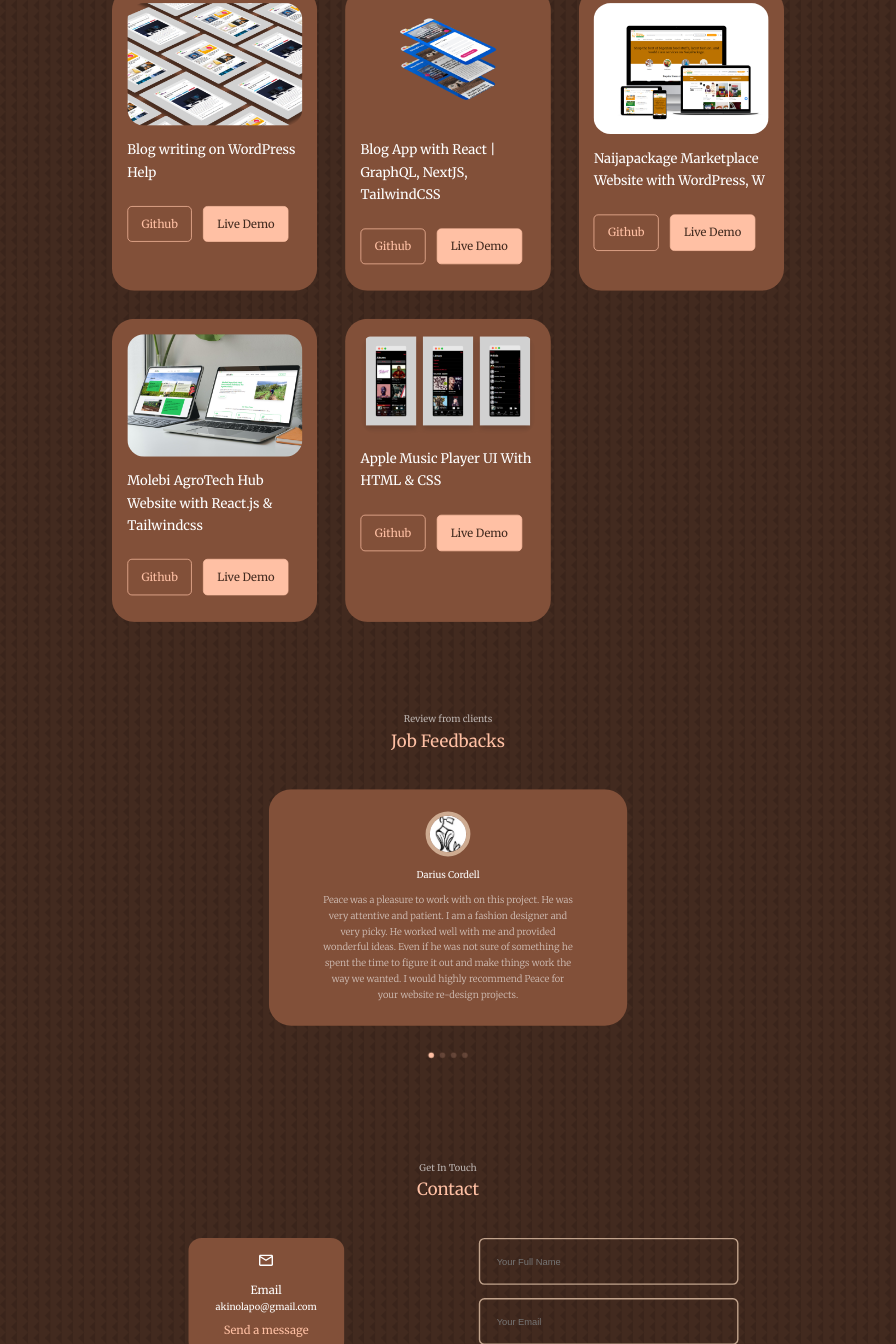
Repository: akinolapo/akinolapo-react
Page: /
These files come from the project's save history. The page is drawn as it stood at one moment and after the next save; the edit follows.
The browser window is 1280 px wide. The pictures show the part of the page from y = 3649 to 5569 px (the page is 6514 px tall before and 6526 px after), at 70% of full size.
The project was rebuilt for these pictures with package versions that can differ from the ones it lists, and the page was loaded fresh each time.

Above is the page before, as saved 2023-06-12 16:14:41.

### public/index.html
<!DOCTYPE html>
<html lang="en">

<head>
    <meta charset="UTF-8">
    <meta http-equiv="X-UA-Compatible" content="IE=edge">
    <meta name="viewport" content="width=device-width, initial-scale=1.0">
    <meta
      name="description"
      content="I am a Front-end Developer who has worked for several companies. I have developed websites for small businesses, large companies and individuals."
    />
    <meta name="p:domain_verify" content="1e6b47b5f0d710033c44561e0f1e8f04"/>
    <link rel="apple-touch-icon" sizes="180x180" href="%PUBLIC_URL%/assets/apple-touch-icon.png">
    <link rel="icon" type="image/png" sizes="32x32" href="%PUBLIC_URL%/assets/favicon-32x32.png">
    <link rel="icon" type="image/png" sizes="16x16" href="%PUBLIC_URL%/assets/favicon-16x16.png">
    <link rel="manifest" href="%PUBLIC_URL%/assets/site.webmanifest">
    <link rel="mask-icon" href="%PUBLIC_URL%/assets/safari-pinned-tab.svg" color="#5bbad5">
    <meta name="msapplication-TileColor" content="#da532c">
    <meta name="theme-color" content="#ffffff">
    <title>Peace Akinola || Frontend Developer || IT Support Specialist</title>
</head>

<body>
    <div id="root"></div>
</body>

</html>

### src/App.jsx
import React from 'react'
import Header from './components/header/header'
import Nav from './components/nav/nav'
import About from './components/about/about'
import Experience from './components/experience/experience'
import Services from './components/services/services'
import Portfolio from './components/portfolio/portfolio'
import Review from './components/review/review'
import Contact from './components/contact/contact'
import Footer from './components/footer/footer'

const App = () => {
  return (
    <>
    <Header/>
    <Nav/>
    <About/>
    <Experience/>
    <Services/>
    <Portfolio/>
    <Review/>
    <Contact/>
    <Footer/>
    </>
  )
}

export default App

### src/components/header/header.jsx
import React from 'react'
import './header.css'
import CTA from './CTA'
// import ME from '../../assets/me.png'
import HeaderSocials from './headersocials'

const header = () => {
  return (
    <header>
      <div className="container header__container">
        <h5>Hello I'm</h5>
        <h1>Peace Akinola</h1>
        <h5 className="text-light">Frontend Developer</h5>
        <CTA/>
        <HeaderSocials/>

        <div className="me">
          <img src={process.env.PUBLIC_URL+`assets/me.png`} alt='me'></img>
        </div>

        <a href='#contact' className='scroll__down'>Scroll Down</a>
      </div>
    </header>
  )
}

export default header

### src/components/nav/nav.jsx
import React from 'react'
import './nav.css'
import {AiOutlineHome, AiOutlineUser, AiOutlineBook, AiOutlineMessage} from 'react-icons/ai'
import {RiServiceLine} from 'react-icons/ri'
import {BiBriefcase} from 'react-icons/bi'
import { useState } from 'react'

const Nav = () => {
  const [activeNav, setActiveNav] = useState('#')
  return (
    <nav>
      <a href='#' onClick={() => setActiveNav('#')} className={activeNav === '#' ? 'active' : ''}><AiOutlineHome/></a>
      <a href='#about' onClick={() => setActiveNav('#about')}  className={activeNav === '#about' ? 'active' : ''}><AiOutlineUser/></a>
      <a href='#experience' onClick={() => setActiveNav('#experience')}  className={activeNav === '#experience' ? 'active' : ''}><AiOutlineBook/></a>
      <a href='#services' onClick={() => setActiveNav('#services')}  className={activeNav === '#services' ? 'active' : ''}><RiServiceLine/></a>
      <a href='#portfolio' onClick={() => setActiveNav('#portfolio')}  className={activeNav === '#portfolio' ? 'active' : ''}><BiBriefcase/></a>
      <a href='#contact' onClick={() => setActiveNav('#contact')}  className={activeNav === '#contact' ? 'active' : ''}><AiOutlineMessage/></a>
    </nav>
  )
}

export default Nav

### src/components/about/about.jsx
import React from 'react'
import './about.css'
// import ME from '../../../public/assets/me-about.JPG'
import{FaAward} from 'react-icons/fa'
import{FiUsers} from 'react-icons/fi'
import{VscFolderLibrary} from 'react-icons/vsc'

const about = () => {
  return (
    <section id='about'>
      <h5>Get To Know</h5>
      <h2>About Me</h2>

      <div className="container about__container">
        <div className="about__me">
          <div className="about__me-img">
            <img src={process.env.PUBLIC_URL+`assets/me-about.JPG`} alt="Peace Akinola Working" />
          </div>
        </div>
        <div className="about__content">
          <div className="about__cards">
            <article className='about__card'>
              <FaAward className='about__icon'/>
              <h5>Experience</h5>
              <small>4+ Years Working</small>
            </article>

            <article className='about__card'>
              <FiUsers className='about__icon'/>
              <h5>Clients</h5>
              <small>20 + Worldwide</small>
            </article>

            <article className='about__card'>
              <VscFolderLibrary className='about__icon'/>
              <h5>Projects</h5>
              <small>50+ Completed</small>
            </article>
          </div>

          <p>
          Scrupulous web developer with over 4 years of front-end experience and admiration for responsive website design and a firm believer in the mobile-first approach.
          </p>
          <a href='#contact' className='btn btn-primary'>Let's Talk</a>
        </div>
      </div>
    </section>
  )
}

export default about

### src/components/portfolio/portfolio.jsx
import React from 'react'
import './portfolio.css'

// DATA ARRAY FOR PORTFOLIO DATA

const data =[
  {
  id: 1,
  image: process.env.PUBLIC_URL+`assets/portfolio1.png`,
  title: 'Peighton pryor raisey website',
  github: 'https://github.com/akinolapo',
  demo: 'https://p8on.net'
},
{
  id: 2,
  image: process.env.PUBLIC_URL+`assets/portfolio2.png`,
  title: 'Darius collection eCommerce Website',
  github: 'https://github.com/akinolapo',
  demo: 'https://www.dariuscordell.com'
},
{
  id: 3,
  image: process.env.PUBLIC_URL+`assets/portfolio3.png`,
  title: 'Blog App with React | GraphQL, NextJS, TailwindCSS',
  github: 'https://github.com/akinolapo/usefulhandles_blog',
  demo: 'https://wordpressvee.vercel.app'
},
{
  id: 4,
  image: process.env.PUBLIC_URL+`assets/portfolio4.png`,
  title: 'Blog writing on WordPress Help',
  github: 'https://github.com/akinolapo',
  demo: 'https://www.bookwebmaster.com'
},
{
  id: 5,
  image: process.env.PUBLIC_URL+`assets/portfolio5.png`,
  title: 'Weather Web App with JavaScript',
  github: 'https://github.com/akinolapo/cityWeatherApp',
  demo: 'https://weatherappforcities.netlify.app'
},
{
  id: 6,
  image: process.env.PUBLIC_URL+`assets/portfolio6.png`,
  title: 'Apple Music Player UI With HTML & CSS',
  github: 'https://github.com/akinolapo/ios-music-player',
  demo: 'https://ios-music-player.netlify.app/'
},
{
  id: 7,
  image: process.env.PUBLIC_URL+`assets/portfolio7.jpg`,
  title: 'Molebi AgroTech Hub Website with React.js & Tailwindcss',
  github: 'https://github.com/akinolapo/agric-tech',
  demo: 'https://molebi-agrotech-hub.pages.dev'
},
{
  id: 8,
  image: process.env.PUBLIC_URL+`assets/portfolio8.jpg`,
  title: 'Naijapackage Marketplace Website with WordPress, W',
  github: 'https://github.com/akinolapo',
  demo: 'https://www.naijapackage.com'
}
];

const shuffleArray = (array) => {
  const newArray = [...array];
  for (let i = newArray.length - 1; i > 0; i--) {
    const j = Math.floor(Math.random() * (i + 1));
    [newArray[i], newArray[j]] = [newArray[j], newArray[i]];
  }
  return newArray;
};

const portfolio = () => {
  const shuffledData = shuffleArray(data);
  return (
    <section id='portfolio'>
      <h5>My Recent Work</h5>
      <h2>Portfolio</h2>

      <div className="container portfolio__container">
       {
         shuffledData.map(({id, image, title, github, demo})=>{
           return (
            <article key={id} className='portfolio__item'>
            <div className="portfolio__item-image">
              <img src={image} alt={title}></img>
            </div>
            <h3>{title}</h3>
            <div className="portfolio__item-cta">
            <a href={github} rel="noreferrer" target='_blank' className='btn'>Github</a>
            <a href={demo} rel="noreferrer" target='_blank' className='btn btn btn-primary'>Live Demo</a>
            </div>
          </article>
           )
         })
       }
      </div>
    </section>
  )
}

export default portfolio

### src/components/footer/footer.jsx
import React from 'react'
import './footer.css'
import {FaFacebookF} from 'react-icons/fa'
import {FiInstagram} from 'react-icons/fi'
import {IoLogoTwitter} from 'react-icons/io'
import {FaPinterestP} from 'react-icons/fa'

const footer = () => {
  return (
    <footer>
        <a href='#' className='footer__logo'>Akinolapo</a>

        <ul className='permalinks'>
            <li><a href='#'>Home</a></li>
            <li><a href='#about'>About</a></li>
            <li><a href='#experience'>Experience</a></li>
            <li><a href='#services'>Services</a></li>
            <li><a href='#portfolio'>Portfolio</a></li>
            <li><a href='#review'>Reviews</a></li>
            <li><a href='#contact'>Contact</a></li>
        </ul>

        <div className="footer__socials">
        <a href='https://facebook.com/akinolapo.wp' target= "_blank" rel="noreferrer"><FaFacebookF/></a>
        <a href='https://instagram.com/akinolapo' target= "_blank" rel="noreferrer"><FiInstagram/></a>
        <a href='https://twitter.com/poakinola' target= "_blank" rel="noreferrer"><IoLogoTwitter/></a>
        <a href='https://www.pinterest.com/akinolapo' target= "_blank" rel="noreferrer"><FaPinterestP/></a>
        </div>

        <div className="footer__copyright">
            <small>&copy; Akinolapo. All rights reserved.</small>
        </div>
    </footer>
  )
}

export default footer

### src/components/header/header.css
header{
    height: 100vh;
    padding-top: 7rem;
    overflow: hidden;
}

.header__container{
    text-align: center;
    height: 100%;
    position: relative;
}

/*======================== CTA ========================*/
.cta{
    margin-top: 2.5rem;
    display: flex;
    gap: 1.2rem;
    justify-content: center;
}

/*======================== HEADER SOCIALS ========================*/
.header__socials{
    display: flex;
    flex-direction: column;
    align-items: center;
    gap: 0.8rem;
    position: absolute;
    left: 0;
    bottom: 3rem;
}

.header__socials::after{
    content: '';
    width: 1px;
    height: 2rem;
    background: var(--color-primary);
}

/*======================== ME ========================*/
.me{
    background: linear-gradient(var(--color-primary), transparent);
    width: 22rem;
    height: 30rem;
    position: absolute;
    left: calc(50% - 11rem);
    margin-top: 4rem;
    border-radius: 12rem 12rem 0 0;
    overflow: hidden;
    padding: 2rem 1.5rem 1.5rem 1.5rem;
}

/*======================== SCROLL DOWN ========================*/
.scroll__down{
    position: absolute;
    right: 2.3rem;
    bottom: 2.3rem;
    transform: rotate(90deg);
    font-weight: 200;
    font-size: 0.9rem;
}

/*======================== MEDIA QUERIES (TABLET DEVICES) ========================*/
@media screen and (max-width: 1024px) {
    header{
        height: 68vh;
    }
}

/*======================== MEDIA QUERIES (MOBILE DEVICES) ========================*/
@media screen and (max-width: 600px) {
   header{
       height: 100vh;
   }

   .header__socials, .scroll__down{
       display: none;
   }
}

### src/components/header/CTA.jsx
import React from 'react'
// import Resume from '../../assets/cv.pdf'

const CTA = () => {
  return (
    <div className='cta'>
        <a href= {process.env.PUBLIC_URL+`assets/cv.pdf`} download className='btn'>Download CV</a>
        <a href='#contact' className='btn btn-primary'>Let's Talk</a>
    </div>
  )
}

export default CTA

### src/components/header/headersocials.jsx
import React from 'react'
import {BsLinkedin} from 'react-icons/bs'
import {FaGithubAlt} from 'react-icons/fa'
import {FiDribbble} from 'react-icons/fi'

const headersocials = () => {
  return (
    <div className='header__socials'>
      <a href='https://www.linkedin.com/in/akinolapo' target= "new"><BsLinkedin/></a>
      <a href='https://github.com/akinolapo' target= "new"><FaGithubAlt/></a>
      <a href='https://twitter.com/poakinola' target= "new"><FiDribbble/></a>
    </div>
  )
}

export default headersocials

### src/components/nav/nav.css
nav{
    background: rgba(0,0,0,0.3);
    width: max-content;
    display: block;
    padding: 0.7rem 1.7rem;
    z-index: 2;
    position: fixed;
    left: 50%;
    transform: translate(-50%);
    bottom: 2rem;
    display: flex;
    gap: 0.8 rem;
    border-radius: 3rem;
    backdrop-filter: blur(15px);
}

nav a{
    background: transparent;
    padding: 0.8rem;
    border-radius: 50%;
    display: flex;
    color: var(--color-light);
    font-size: 1.1rem;
}

nav a:hover{
    background: rgab(0, 0, 0, 0.3);
}

nav a.active{
    background: var(--color-primary);
    color: var(--color-bg);
}

### src/components/experience/experience.css
.experience__container{
    display: grid;
    grid-template-columns: 1fr 1fr;
    gap: 2rem;
}

.experience__container > div {
    background: var(--color-bg-variant);
    padding: 2.4rem 5rem;
    border-radius: 2rem;
    border: 1px solid transparent;
    transition: var(--transition);
}

.experience__container > div:hover{
    border-color: var(--color-primary);
    background: transparent;
    color: var(--color-primary-variant);
    cursor: default;
}

.experience__container > div h3{
    text-align: center;
    margin-bottom: 2rem;
    color: var(--color-primary);
}

.experience__content{
    display: grid;
    grid-template-columns: 1fr 1fr;
    row-gap: 2rem;
}

.experience__details{
    display: flex;
    gap: 1rem;
}

.experience__details-icon{
    margin-top: 6px;
    color: var(--color-primary);
}

/*======================== MEDIA QUERIES (TABLET DEVICES) ========================*/
@media screen and (max-width: 1024px) {
    .experience__container{
        grid-template-columns: 1fr;
    }
    .experience__container >div {
        width: 80%;
        padding: 2rem;
        margin: 0 auto;
    }
    .experience__content{
        padding: 1rem;
    }

}

/*======================== MEDIA QUERIES (MOBILE DEVICES) ========================*/
@media screen and (max-width: 600px) {
  .experience__container{
      gap: 1rem;
  }

  .experience__container > div{
      width: 100%;
      padding: 2rem 1rem;
  }
}

### src/components/services/services.css
.services__container{
    display: grid;
    grid-template-columns: repeat(3, 1fr);
    gap: 3rem;
}

.service{
    background: var(--color-bg-variant);
    border-radius: 0 0 2rem 2rem;
    border:  1px solid var(--color-primary);
    height: fit-content;
    transition: var(--transition);
}

.service:hover{
    background: transparent;
    border-color: var(--color-primary-variant);
    cursor: default;
}

.service__head{
    background: var(--color-primary);
    padding: 2rem;
    border-radius: 0 0 2rem 2rem;
    box-shadow: 0 2rem 1rem rgba(0, 0, 0, 0.1);
}

.service__head h3{
    color: var(--color-bg);
    text-align: center;
}

.service__list{
    padding: 2rem;
}

.service__list li{
    display: flex;
    gap: 1rem;
    margin-bottom: 0.8rem;
}

.service__list-icon{
    color: var(--color-primary);
    margin-top: 2px;
}

.service__list p{
    font-size: 0.9rem;
}


/*======================== MEDIA QUERIES (TABLET DEVICES) ========================*/
@media screen and (max-width: 1024px) {
    .services__container{
        grid-template-columns: 1fr 1fr;
        gap: 2rem;
    }

    .service{
        height: auto;
    }
  }


/*======================== MEDIA QUERIES (MOBILE DEVICES) ========================*/
@media screen and (max-width: 600px) {
    .services__container{
        grid-template-columns: 1fr;
        gap: 1.5rem;
    }
  }

### src/components/portfolio/portfolio.css
.portfolio__container{
    display: grid;
    grid-template-columns: repeat(3, 1fr);
    gap: 2.5rem;
}

.portfolio__item{
    background: var(--color-bg-variant);
    padding: 1.3rem;
    border-radius: 2rem;
    border: 1px solid transparent;
    transition: var(--transition);
}

.portfolio__item:hover{
    border-color: var(--color-primary-variant);
    background: transparent;
}

.portfolio__item-image{
    border-radius: 1.5rem;
    overflow: hidden;
}

.portfolio__item h3{
    margin: 1.2rem 0 2rem;
}

.portfolio__item-cta{
    display: flex;
    gap: 1rem;
    margin-bottom: 1rem;
}

/*======================== MEDIA QUERIES (TABLET DEVICES) ========================*/
@media screen and (max-width: 1024px) {
    .portfolio__container{
        grid-template-columns: 1fr 1fr;
        gap: 1.2rem;
    }
  }


/*======================== MEDIA QUERIES (MOBILE DEVICES) ========================*/
@media screen and (max-width: 600px) {
    .portfolio__container{
        grid-template-columns: 1fr;
        gap: 1rem;
    }
  }

### src/components/review/review.css
.container.review__container{
    width: 40%;
    padding-bottom: 4rem;
}

.client__avatar{
    width: 4rem;
    aspect-ratio: 1/1;
    overflow: hidden;
    border-radius: 50%;
    margin: 0 auto 1rem;
    border: 0.4rem solid var(--color-primary-variant);
}

.review{
    background: var(--color-bg-variant);
    text-align: center;
    padding: 2rem;
    border-radius: 2rem;
    user-select: none;
}

.client__review{
    color: var(--color-light);
    font-weight: 300;
    display: block;
    width: 80%;
    margin: 0.8rem auto 0;
}

.swiper-pagination-clickable .swiper-pagination-bullet{
    background: var(--color-primary);
}

/*======================== MEDIA QUERIES (TABLET DEVICES) ========================*/
@media screen and (max-width: 1024px) {
    .container.review__container{
       width: 60%;
   }
}

/*======================== MEDIA QUERIES (MOBILE DEVICES) ========================*/
@media screen and (max-width: 600px) {
    .container.review__container{
        width: var(--container-width-sm);
    }

    .client__review{
        width: var(--container-width-sm);
    }
}

### src/components/contact/contact.css
.container.contact__container{
    width: 58%;
    display: grid;
    grid-template-columns: 30% 50%;
    gap: 12rem;
}

.contact__options{
    display: flex;
    flex-direction: column;
    gap: 1.2rem;
}

.contact__option{
    background: var(--color-bg-variant);
    padding: 1.2rem;
    border-radius: 1.2rem;
    text-align: center;
    border: 1px solid transparent;
    transition: var(--transition);
}

.contact__option:hover {
    background: transparent;
    border-color: var(--color-primary-variant);
}

.contact__option-icon{
    font-size: 1.5rem;
    margin-bottom: 0.5rem;
}

.contact__option a{
    margin-top: .5rem;
    display: inline-block;
}

/*********************** FORM ***********************/
form{
    display: flex;
    flex-direction: column;
    gap: 1.2rem;
}

input, textarea{
    width: 100%;
    padding: 1.5rem;
    border-radius: 0.5rem;
    background: transparent;
    border: 2px solid var(--color-primary-variant);
    resize: none;
    color: var(--color-white);
}

/*======================== MEDIA QUERIES (TABLET DEVICES) ========================*/
@media screen and (max-width: 1024px) {
    .container.contact__container{
        grid-template-columns: 1fr;
        gap: 2rem;
    }
  }


/*======================== MEDIA QUERIES (MOBILE DEVICES) ========================*/
@media screen and (max-width: 600px) {
   .container.contact__container{
       grid-template-columns: 1fr;
       width: var(--container-width-sm);
   }
  }

### src/components/footer/footer.css
footer{
    background: var(--color-primary);
    padding: 3rem 0;
    text-align: center;
    font-size: .9rem;
    margin-top: 7rem;
}

footer a{
    color: var(--color-bg);
}

.footer__logo{
    font-size: 2rem;
    font-weight: 500;
    margin-bottom: 2rem;
    display: inline-block;
}

.permalinks{
    display: flex;
    flex-wrap: wrap;
    justify-content: center;
    gap: 2rem;
    margin: 0 auto 3rem;
    transition: var(--transition);
}

.footer__socials{
    display: flex;
    justify-content: center;
    gap: 1rem;
    margin-bottom: 4rem;
}

.footer__socials a{
    background: var(--color-bg);
    color: var(--color-white);
    padding: 0.8rem;
    border-radius: 0.7rem;
    display: flex;
    border: 1px solid transparent;
    transition: var(--transition);
}

.footer__socials a:hover{
    background: transparent;
    color: var(--color-bg);
    border-color: var(--color-bg);
}

.footer__copyright{
    margin-bottom: 4rem;
    color: var(--color-bg);
}

/*======================== MEDIA QUERIES (MOBILE DEVICES) ========================*/
@media screen and (max-width: 600px) {
    .permalinks{
        flex-direction: column;
        gap: 1.5rem;
    }

    .footer__socials{
        margin-bottom: 2.6rem;
    }
   }

Loaded but not shown: src/index.js (5 lines, source omitted); src/components/experience/experience.jsx (122 lines, source omitted); src/components/services/services.jsx (110 lines, source omitted); src/components/review/review.jsx (70 lines, source omitted); src/index.css (138 lines, source omitted); src/components/contact/contact.jsx (59 lines, source omitted); src/components/about/about.css (111 lines, source omitted)

After the next save:
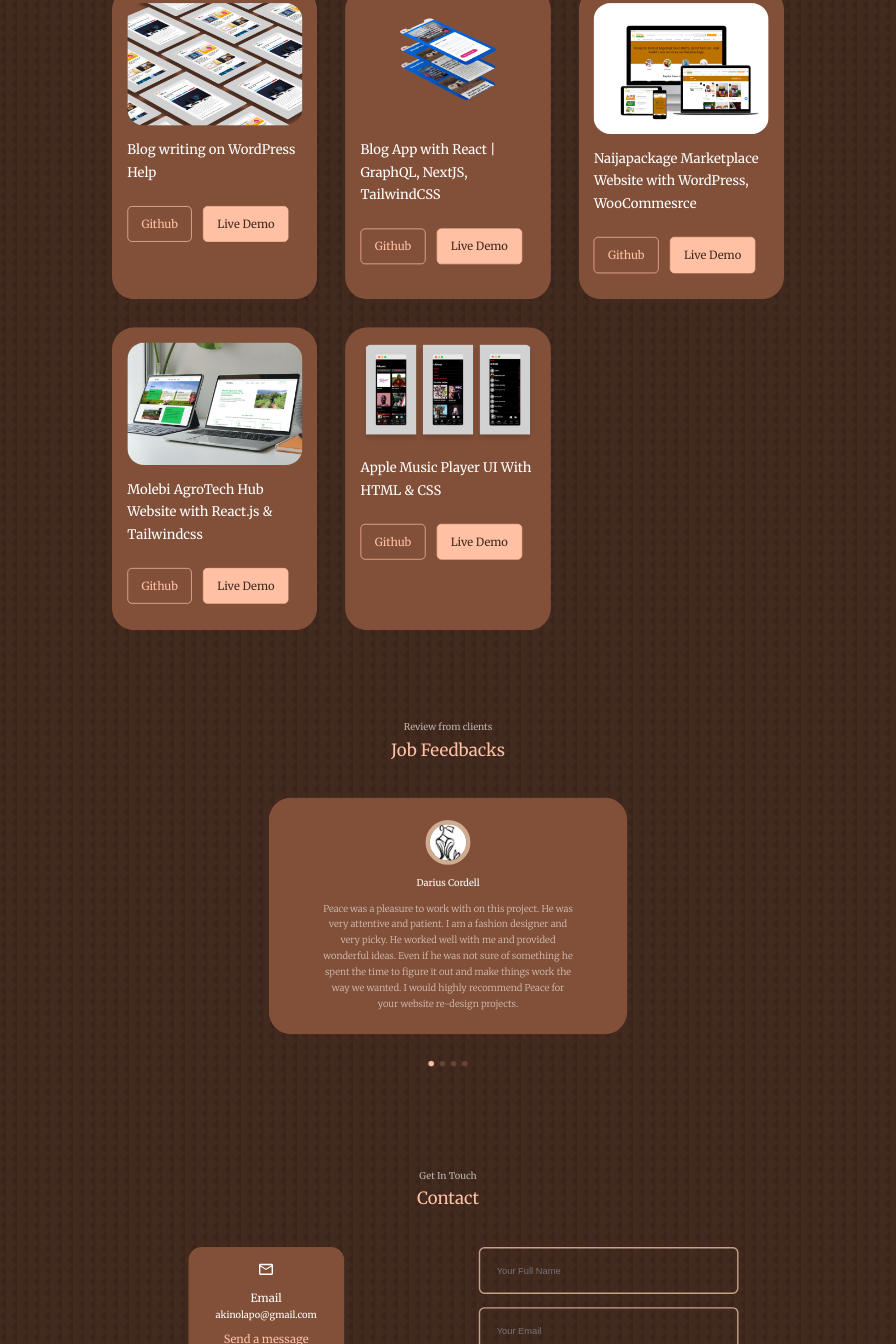
Saved 4 s later.
--- a/src/components/portfolio/portfolio.jsx
+++ b/src/components/portfolio/portfolio.jsx
@@ -56,7 +56,7 @@ const data =[
 {
   id: 8,
   image: process.env.PUBLIC_URL+`assets/portfolio8.jpg`,
-  title: 'Naijapackage Marketplace Website with WordPress, W',
+  title: 'Naijapackage Marketplace Website with WordPress, WooCommesrce',
   github: 'https://github.com/akinolapo',
   demo: 'https://www.naijapackage.com'
 }
